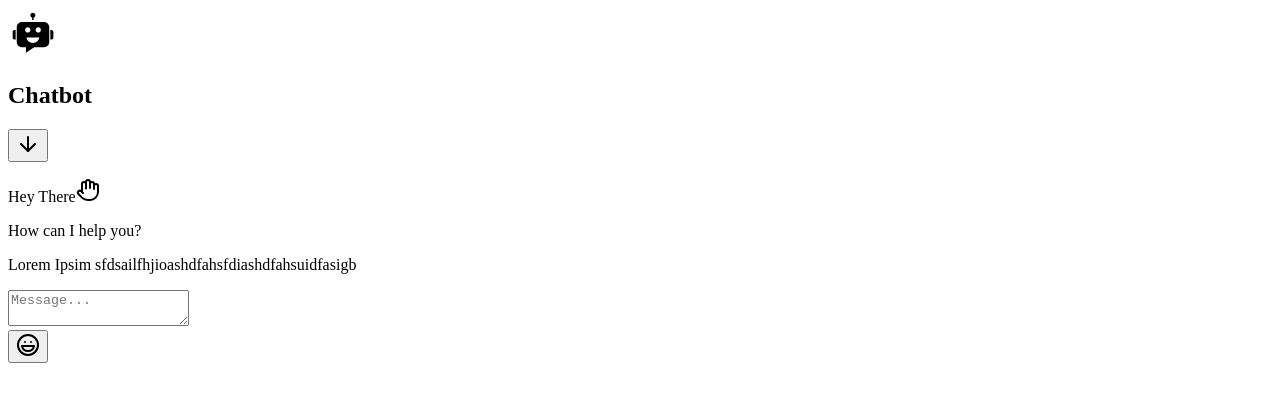
Repository: guilhermecardoso93/ai-bot
Page: /
An editor plug-in stored every save of this project. The page is shown before and after the next save, followed by the edit.
The browser window is 1280 px wide. The pictures show the whole page.
The project was rebuilt for these pictures with package versions that can differ from the ones it lists, and the page was loaded fresh each time. Also part of the build but not shown: vite.config.js.

Above is the page before, as saved 2024-11-11 20:06:37.

After the next save:
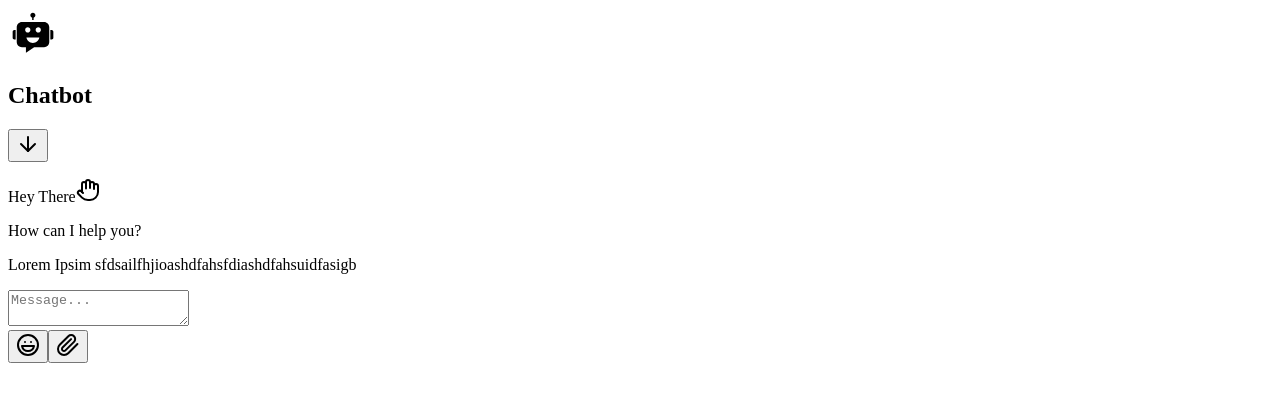
Saved 60 s later.
--- a/src/components/Main.jsx
+++ b/src/components/Main.jsx
@@ -1,4 +1,4 @@
-import { Hand, ArrowDown, Laugh } from "lucide-react";
+import { Hand, ArrowDown, Laugh, Paperclip } from "lucide-react";
 import Logo from "../assets/logo.svg";
 
 export function Main() {
@@ -44,6 +44,9 @@ export function Main() {
             <button className="material-symbols-rounded">
               <Laugh />
             </button>
+            <button className="material-symbols-rounded">
+              <Paperclip />
+            </button>
           </div>
         </form>
       </div>
